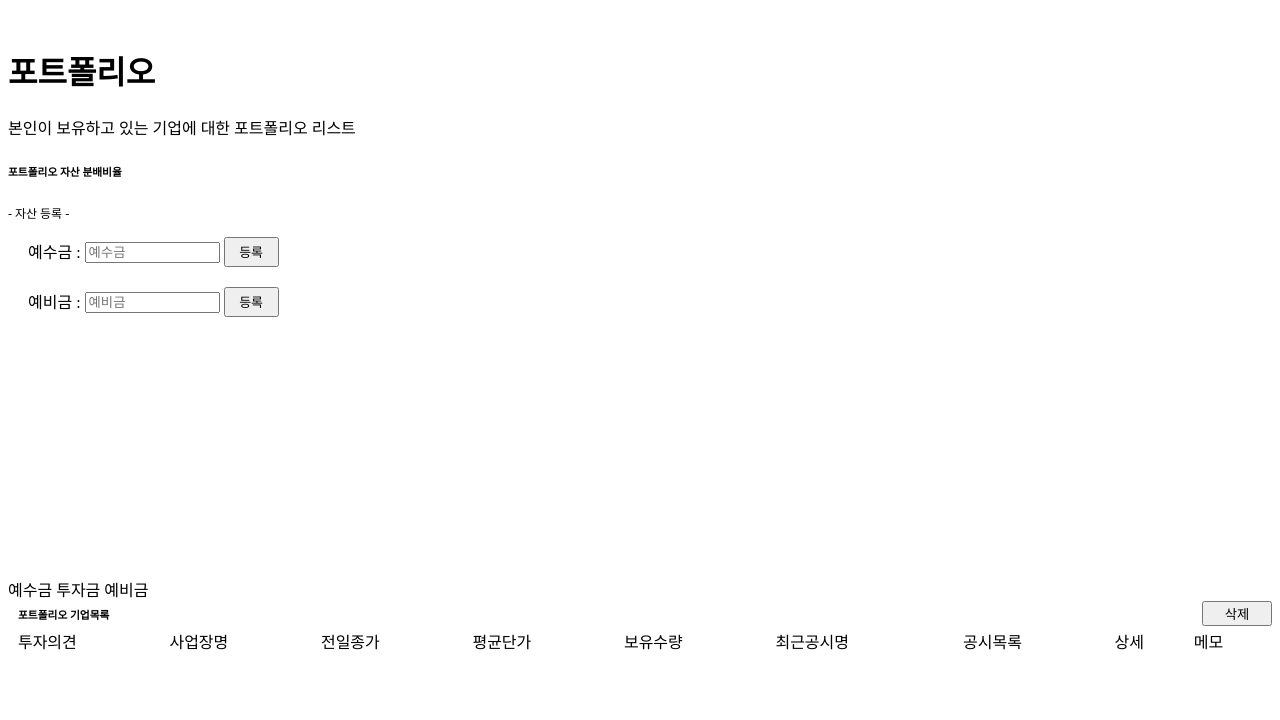
Repository: bangProgram/PJT_Finance
Page: http://localhost/Finance/WEB-INF/views/portfolio/portfolioList.jsp
The author's editor kept a copy of each file at every save. The page is drawn from the files as they stood at one save, then again after the next save.
The browser window is 1280 px wide. The pictures show the whole page.
The page is served by Tomcat 9. Nobody is signed in. Other server files are loaded and not shown. The template is opened directly, without the code that normally fills it, so the values that code supplies are empty.

Above is the page before, as saved 2022-11-21 01:32:17.
Console error: SyntaxError: Unexpected token ','

### Finance/src/main/webapp/WEB-INF/views/portfolio/portfolioList.jsp
<%@ page pageEncoding="UTF-8" contentType="text/html;charset=utf-8"%>
<%@ taglib prefix="fmt" uri="http://java.sun.com/jsp/jstl/fmt"%>
<%@ taglib uri="http://java.sun.com/jsp/jstl/core" prefix="c"%>
<script src="https://code.jquery.com/jquery-3.4.1.min.js"></script>﻿
<script type="text/javascript">
	var toggleChk = true;

	document.addEventListener("DOMContentLoaded", function () {

		const datas = [
			<c:out value=" ${portAmount.INVEST_AMOUNT}"/>,
			<c:out value=" ${portAmount.RESERVE_AMOUNT}"/>,
			<c:out value=" ${portAmount.DEPOSIT_AMOUNT}"/>
		];

		const ctx = document.getElementById('myPieChart');

		new Chart(ctx, {
			  type: 'pie',

			  data: {
				  labels: ['타사투자금', '당사투자금', '예수금', '예비금'],
			    datasets: [{
			    	labels: ['타사투자금', '당사투자금', '예수금', '예비금'],
			      data: datas,
			    }]
			  },
			  options: {
					maintainAspectRatio: false,
				},
			});
	});

	$(document).ready(function(){

		$("#portCorpList").dataTable({
			lengthMenu: [ 12, 18, 24, 30, 36 ],
		 	data: ${getPortCorpJson},
		 	destroy: true,
		 	columns: [
		  		{ "data": '',
		  			"defaultContent" : '',
		  			"render": function(data, type, row, meta){
		  	            if(type === 'display'){
		  	            	data = '<input type="checkbox" name="del_chk" id="del_chk" value="'+row.CORP_CODE+'" title="삭제 체크박스">';
		  	            }

		  	            return data;
		  	         }
		  		},
		  		{ "data": 'INVEST_OPINION',
		  			"render": function(data, type, row, meta){
		  				if(row.INVEST_OPINION != null && row.INVEST_OPINION != ''){
		  					if(type === 'display'){
		  						var style = '';
		  						if(row.INVEST_OPINION == '매수'){
		  							style = "style='color: red;'";
		  						}else if(row.INVEST_OPINION == '비중확대'){
		  							style = "style='color: palevioletred;'";
		  						}else if(row.INVEST_OPINION == '중립'){
		  							style = "style='color: black;'";
		  						}
		  						else if(row.INVEST_OPINION == '비중축소'){
		  							style = "style='color: cornflowerblue;'";
		  						}
		  						else if(row.INVEST_OPINION == '매도'){
		  							style = "style='color: blue;'";
		  						}else{
		  							style = "";
		  						}
			  	                data = '<span '+style+'>'+row.INVEST_OPINION+'( ~ '+row.INVEST_OPINION_AMOUNT+' )</span>';
			  	            }
		  				}else{
		  					data = "없음";
		  				}

		  	            return data;
		  	         }
		  		},
		  		{ data: 'CORP_NAME' },
		  		{ "data": 'BEF_CLS_PRICE',
		  			"defaultContent" : '',
		  			"render": function(data, type, row, meta){
		  				if(row.BEF_CLS_PRICE != null && row.BEF_CLS_PRICE != ''){
		  					if(type === 'display'){
			  	                data = row.BEF_CLS_PRICE;
			  	            }
		  				}else{
		  					data = "없음";
		  				}

		  	            return data;
		  	         }
		  		},
		  		{ "data": 'AVR_PRICE',
		  			"render": function(data, type, row, meta){
		  				if(row.AVR_PRICE != null && row.AVR_PRICE != ''){
		  					if(type === 'display'){
		  						var style = '';
		  						if(row.AVR_PRICE < row.BEF_CLS_PRICE){
		  							style = "style='color: palevioletred;'";
		  						}else if(row.AVR_PRICE > row.BEF_CLS_PRICE){
		  							style = "style='color: cornflowerblue;'";
		  						}
		  						else{
		  							style = "";
		  						}
			  	                data = '<span '+style+'>'+row.AVR_PRICE+'</span>';
			  	            }
		  				}else{
		  					data = "없음";
		  				}

		  	            return data;
		  	         }
		  		},
		  		{ "data": 'HOLD_QUANTITY',
		  			"render": function(data, type, row, meta){
		  				if(row.HOLD_QUANTITY != null && row.HOLD_QUANTITY != ''){
		  					if(type === 'display'){
			  	                data = row.HOLD_QUANTITY;
			  	            }
		  				}else{
		  					data = "없음";
		  				}

		  	            return data;
		  	         }
		  		},
		  		{ "data": '',
		  			"defaultContent" : '',
		  			"render": function(data, type, row, meta){
		  	            if(type === 'display'){
		  	                data = '<a href="#" onclick="openReportPop(\''+row.REPRT_NO+'\',\''+row.REPRT_NM+'\')" >'+row.REPRT_NM+'</a>';
		  	            }

		  	            return data;
		  	         }
		  		},
		  		{ "data": '',
		  			"defaultContent" : '',
		  			"render": function(data, type, row, meta){
		  	            if(type === 'display'){
		  	            	 data = '<a href="#" onclick="openReportList(\''+row.CORP_CODE+'\',\''+row.CORP_NAME+'\')" class="btn btn-light btn-icon-split"><span class="icon text-gray-600"><i class="fas fa-flag"></i></span></a>';
		  	            }

		  	            return data;
		  	         }
		  		},
		  		{ "data": '',
		  			"defaultContent" : '',
		  			"render": function(data, type, row, meta){
		  	            if(type === 'display'){
		  	            	data = '<a href="#" onclick="goPortfolioDetail(\''+row.CORP_CODE+'\')" class="btn btn-info btn-circle btn-sm"><i class="fas fa-info-circle"></i></a>';
		  	            }

		  	            return data;
		  	         }
		  		},
		  		{ "data": 'MEMO',
		  			"render": function(data, type, row, meta){
		  				if(row.MEMO != null && row.MEMO != ''){
		  					if(type === 'display'){
		  						data = '<a href="#" onclick="openMemoPop(\''+row.CORP_CODE+'\'); return false;" style="border-color: #FFD232; background: #FFD232;" class="btn btn-info btn-circle btn-sm"><i class="fas fa-clipboard-list"></i></a>';
			  	            }
		  				}else{
		  					data = '<a href="#" onclick="openMemoPop(\''+row.CORP_CODE+'\'); return false;" style="border-color: #aeafb9; background: #aeafb9;" class="btn btn-info btn-circle btn-sm"><i class="fas fa-clipboard-list"></i></a>';
		  				}

		  	            return data;
		  	         }
		  		}
		  	]
		});

	});

	function delInterest(corpCd,corpNm,stockCd){
		var frm = document.form;

		if(!confirm('\''+corpNm+'\'을 관심목록에서 삭제하시겠습니까?')) return;

		$("#corpCd").val(corpCd);
		$("#corpNm").val(corpNm);
		$("#stockCd").val(stockCd);

		frm.action = "/interest/del/cud";
		frm.submit();
	}

	function addPortfolio(corpCd,corpNm,stockCd){
		var url = "/portfolio/add/cud";

		if(!confirm('\''+corpNm+'\'을 포트폴리오에 추가하시겠습니까?')) return;

		$.ajax({
			type : 'post',           // 타입 (get, post, put 등등)
			url : url,           // 요청할 서버url
			data : {
				CORP_CODE 	: corpCd,
				CORP_NAME	: corpNm,
				STOCK_CODE 	: stockCd,
			},
			dataType : 'json',
			success : function(data) { // 결과 성공 콜백함수
				$('#dataTables').css("animation-name","add");
				$('#dataTables').css("animation-duration","2.5s");
			},
			error : function(request, status, error) {
				console.log(error)
			}
		})
	}

	function openMemoPop(corpCd){
        var url = "/popup/portfolio/memo?pCorpCd="+corpCd;
        var name = "포트폴리오 메모 팝업";
        var option = "width = 505, height = 780, top = 100, left = 200, location = no"
        window.open(url, name, option);
    }

	function openReportPop(reprtNo,reprtNm){
        var url = "https://dart.fss.or.kr/dsaf001/main.do?rcpNo="+reprtNo;
        var name = reprtNm;
        var option = "width = 500, height = 1500, top = 100, left = 200, location = no"
        window.open(url, name, option);
    }

	function openReportList(corpCd,corpNm){
        var url = "/popup/dart/report/list?corpCd="+corpCd;
        var name = corpNm + " 공시 목록";
        var option = "width = 1000, height = 700, top = 100, left = 200, location = no"
        window.open(url, name, option);
    }

	function delPortCorp(){
		var frm = document.searchForm;
		var delChks = "";

		var i = 0;
		$("input[name=del_chk]:checked").each(function(){
			if(i==0){
				delChks += $(this).val();
			}else{
				delChks += ","+$(this).val();
			}
			i++;
		});

		if(i == 0){
			alert("삭제할 사업장을 선택해 주세요.");
			return;
		}

		var corpCd = "";

		if(!confirm('체크된 사업장을 포트폴리오에서 삭제하시겠습니까?')) return;

		$("#corpCds").val(delChks);

		frm.action = "/portfolio/del/cud";
		frm.submit();
	}

	function regAsset(gu){
		var url = "/portfolio/regasset/cud";

		var guTitle = "";
		var guVal = "";
		if(gu == 'deposit'){
			guVal = $("#DEPOSIT_AMOUNT").val();
			guTitle = $("#DEPOSIT_AMOUNT").attr("title");
		}else{
			guVal = $("#RESERVE_AMOUNT").val();
			guTitle =  $("#RESERVE_AMOUNT").attr("title");
		}

		guVal = guVal.toString().replace(/\B(?<!\.\d*)(?=(\d{3})+(?!\d))/g, ",");

		alert(guTitle + " : "+guVal+" 원 등록 하시겠습니까?");

		$.ajax({
			type : 'post',           // 타입 (get, post, put 등등)
			url : url,           // 요청할 서버url
			data : {
				DEPOSIT_AMOUNT 	: $("#DEPOSIT_AMOUNT").val(),
				RESERVE_AMOUNT	: $("#RESERVE_AMOUNT").val(),
			},
			dataType : 'json',
			success : function(data) { // 결과 성공 콜백함수
				var resultData = data.resultData;
				if(gu == 'deposit'){
					$("btn_DEPOSIT_AMOUNT").text('수정');
					$("#DEPOSIT_AMOUNT").val(resultData.DEPOSIT_AMOUNT);
				}else{
					$("btn_RESERVE_AMOUNT").text('수정');
					$("#RESERVE_AMOUNT").val(resultData.RESERVE_AMOUNT);
				}
				$('#cardDiv').css("animation-name","add");
				$('#cardDiv').css("animation-duration","2.5s");
			},
			error : function(request, status, error) {
				console.log(error)
			}
		})
	}

	function goPortfolioDetail(corpCd){
		var frm = document.searchForm;

		$("#pCorpCd").val(corpCd);

		frm.action = "/portfolio/detail";
		frm.target = "_blank"
		frm.submit();
	}
</script>

<style>
@keyframes add {
	from{background : lightgreen;}
	to{background : transparent;}
}

@keyframes del {
	from{background : indianred;}
	to{background : transparent;}
}

@keyframes search {
	from{background : lightsteelblue;}
	to{background : transparent;}
}

</style>
<html>
<head>
<title>사업장 목록</title>
</head>
<body>
<div class="container-fluid">
	<form name="searchForm" method="post">
	<input type="hidden" name="CORP_CODE" id="CORP_CODE" value="" title="기업 코드">
	<input type="hidden" name="STOCK_CODE" id="STOCK_CODE" value="" title="기업 코드">

	<input type="hidden" name="pCorpCd" id="pCorpCd" value="" title="검색용 기업 코드">

	<input type="hidden" name="corpCds" id="corpCds" value="" title="삭제대상 사업장코드(복수)">
    </form>
</div>

<div class="container-fluid">

	<!-- Page Heading -->
	<h1 class="h3 mb-2 text-gray-800">포트폴리오</h1>
	<p class="mb-4">본인이 보유하고 있는 기업에 대한 포트폴리오 리스트
		<span id=""></span>
	</p>

	<div class="col-xl-4 col-lg-5">
	    <div class="card shadow mb-4" id="cardDiv">
	        <!-- Card Header - Dropdown -->
	        <div class="card-header py-3 d-flex flex-row align-items-center justify-content-between">
	            <h6 class="m-0 font-weight-bold text-primary">포트폴리오 자산 분배비율</h6>
	            <div class="dropdown no-arrow">
	                <a class="dropdown-toggle" href="#" role="button" id="dropdownMenuLink" data-toggle="dropdown" aria-haspopup="true" aria-expanded="false">
	                    <i class="fas fa-ellipsis-v fa-sm fa-fw text-gray-400"></i>
	                </a>
	                <div class="dropdown-menu dropdown-menu-right shadow animated--fade-in" aria-labelledby="dropdownMenuLink">
	                    <div class="dropdown-header" style="font-size: 12px;">- 자산 등록 -</div>
	                    <div class="dropdown-divider"></div>
	                    <div style="padding: 5px 10px 5px 10px;">
		                    <div class="dropdown-item" style="padding: 10px 10px 10px 10px;">
			                    예수금 : <input type="text" name="DEPOSIT_AMOUNT" id="DEPOSIT_AMOUNT" style="width : 135px;" value="${getPortfolio.DEPOSIT_AMOUNT }"  title="예수금" placeholder="예수금">
			                    <button class="btn btn-outline-primary" style="height: 30px; font-size: 13px; width: 55px;" id="btn_DEPOSIT_AMOUNT" onclick="regAsset('deposit'); return false;">
			                    	<c:if test="${getPortfolio.DEPOSIT_AMOUNT != null }">수정</c:if>
			                    	<c:if test="${getPortfolio.DEPOSIT_AMOUNT == null }">등록</c:if>
			                    </button>
		                    </div>
		                    <div class="dropdown-divider"></div>
		                    <div class="dropdown-item" style="padding: 10px 10px 10px 10px;">
			                    예비금 : <input type="text" name="RESERVE_AMOUNT" id="RESERVE_AMOUNT" style="width : 135px;" value="${getPortfolio.RESERVE_AMOUNT }"  title="예비금" placeholder="예비금">
			                    <button class="btn btn-outline-primary" style="height: 30px; font-size: 13px; width: 55px;" id="btn_RESERVE_AMOUNT" onclick="regAsset('reserve'); return false;">
			                    	<c:if test="${getPortfolio.RESERVE_AMOUNT != null }">수정</c:if>
			                    	<c:if test="${getPortfolio.RESERVE_AMOUNT == null }">등록</c:if>
			                    </button>
		                    </div>
	                    </div>
	                </div>
	            </div>
	        </div>
	        <!-- Card Body -->
	        <div class="card-body">
	            <div class="chart-pie pt-4 pb-2"><div class="chartjs-size-monitor"><div class="chartjs-size-monitor-expand"><div class=""></div></div><div class="chartjs-size-monitor-shrink"><div class=""></div></div></div>
	                <canvas id="myPieChart" width="470" height="245" style="display: block; width: 470px; height: 245px;" class="chartjs-render-monitor"></canvas>
	            </div>
	            <div class="mt-4 text-center small">
	                <span class="mr-2">
	                    <i class="fas fa-circle text-primary"></i> 예수금
	                </span>
	                <span class="mr-2">
	                    <i class="fas fa-circle text-success"></i> 투자금
	                </span>
	                <span class="mr-2">
	                    <i class="fas fa-circle text-info"></i> 예비금
	                </span>
	            </div>
	        </div>
	    </div>
	</div>

	<!-- DataTales Example -->
    <div class="card shadow mb-4">
        <div class="card-header py-3" id="dataTables" style="display: table;">
            <h6 class="m-0 font-weight-bold text-primary" style="display: table-cell; width: 95%; padding-left: 10px;">포트폴리오 기업목록</h6>
            <div >
				<button class="dt-button buttons-excel buttons-html5 btn btn-outline-primary excelBtn" style="width: 70px;" tabindex="0" aria-controls="portCorpList" onclick="delPortCorp(); return false;">
					<span>삭제</span>
				</button>
			</div>
        </div>
        <div class="card-body">
            <div class="table-responsive" >
                <table id="portCorpList" class="table table-bordered" id="dataTable" width="100%" >
                    <thead id="tableHead">
			            <tr>
			            	<td></td>
							<td>투자의견</td>
							<td>사업장명</td>
							<td>전일종가</td>
							<td>평균단가</td>
							<td>보유수량</td>
							<td>최근공시명</td>
							<td>공시목록</td>
							<td>상세</td>
							<td>메모</td>
						</tr>
			        </thead>
			        <tbody id="bodyList">
			        </tbody>
                </table>
            </div>
        </div>
    </div>
</div>
</body>
</html>

After the next save:
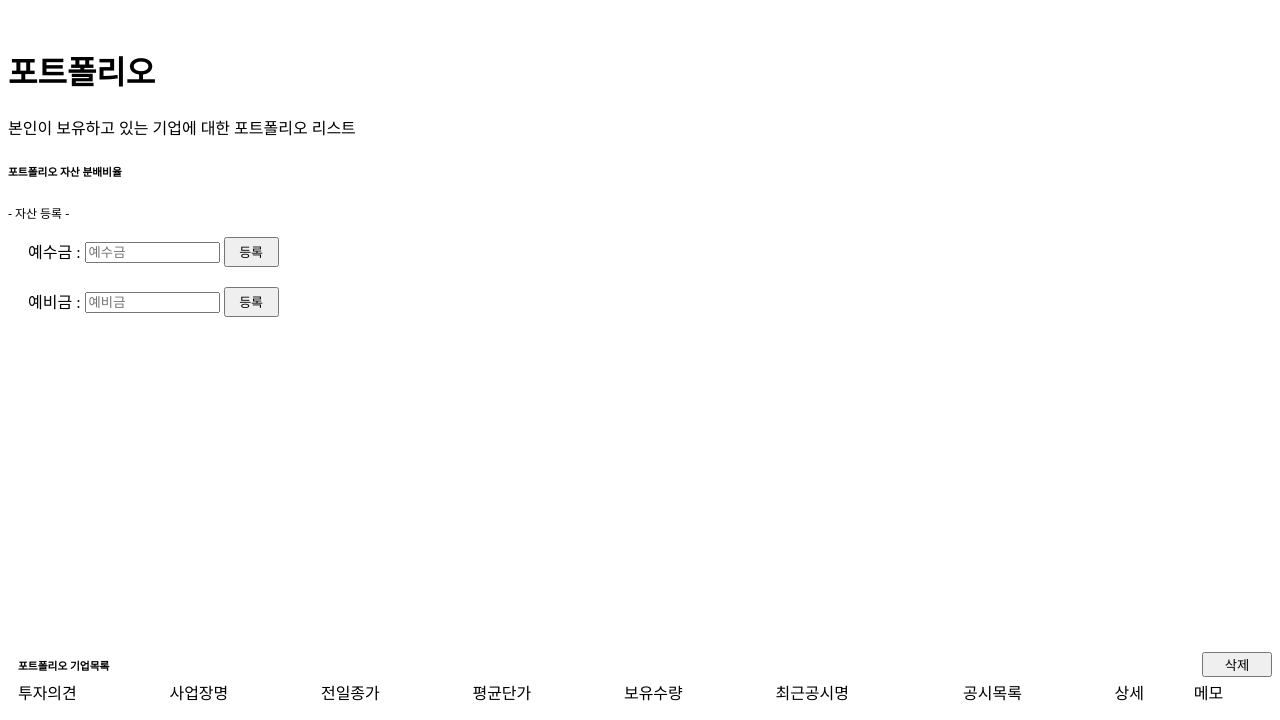
Saved 43 s later.
--- a/Finance/src/main/webapp/WEB-INF/views/portfolio/portfolioList.jsp
+++ b/Finance/src/main/webapp/WEB-INF/views/portfolio/portfolioList.jsp
@@ -391,20 +391,9 @@
 	        </div>
 	        <!-- Card Body -->
 	        <div class="card-body">
-	            <div class="chart-pie pt-4 pb-2"><div class="chartjs-size-monitor"><div class="chartjs-size-monitor-expand"><div class=""></div></div><div class="chartjs-size-monitor-shrink"><div class=""></div></div></div>
-	                <canvas id="myPieChart" width="470" height="245" style="display: block; width: 470px; height: 245px;" class="chartjs-render-monitor"></canvas>
-	            </div>
-	            <div class="mt-4 text-center small">
-	                <span class="mr-2">
-	                    <i class="fas fa-circle text-primary"></i> 예수금
-	                </span>
-	                <span class="mr-2">
-	                    <i class="fas fa-circle text-success"></i> 투자금
-	                </span>
-	                <span class="mr-2">
-	                    <i class="fas fa-circle text-info"></i> 예비금
-	                </span>
-	            </div>
+	            <div class="chart-container" style="position: relative; height:320px;">
+					<canvas id="myPieChart"></canvas>
+				</div>
 	        </div>
 	    </div>
 	</div>
